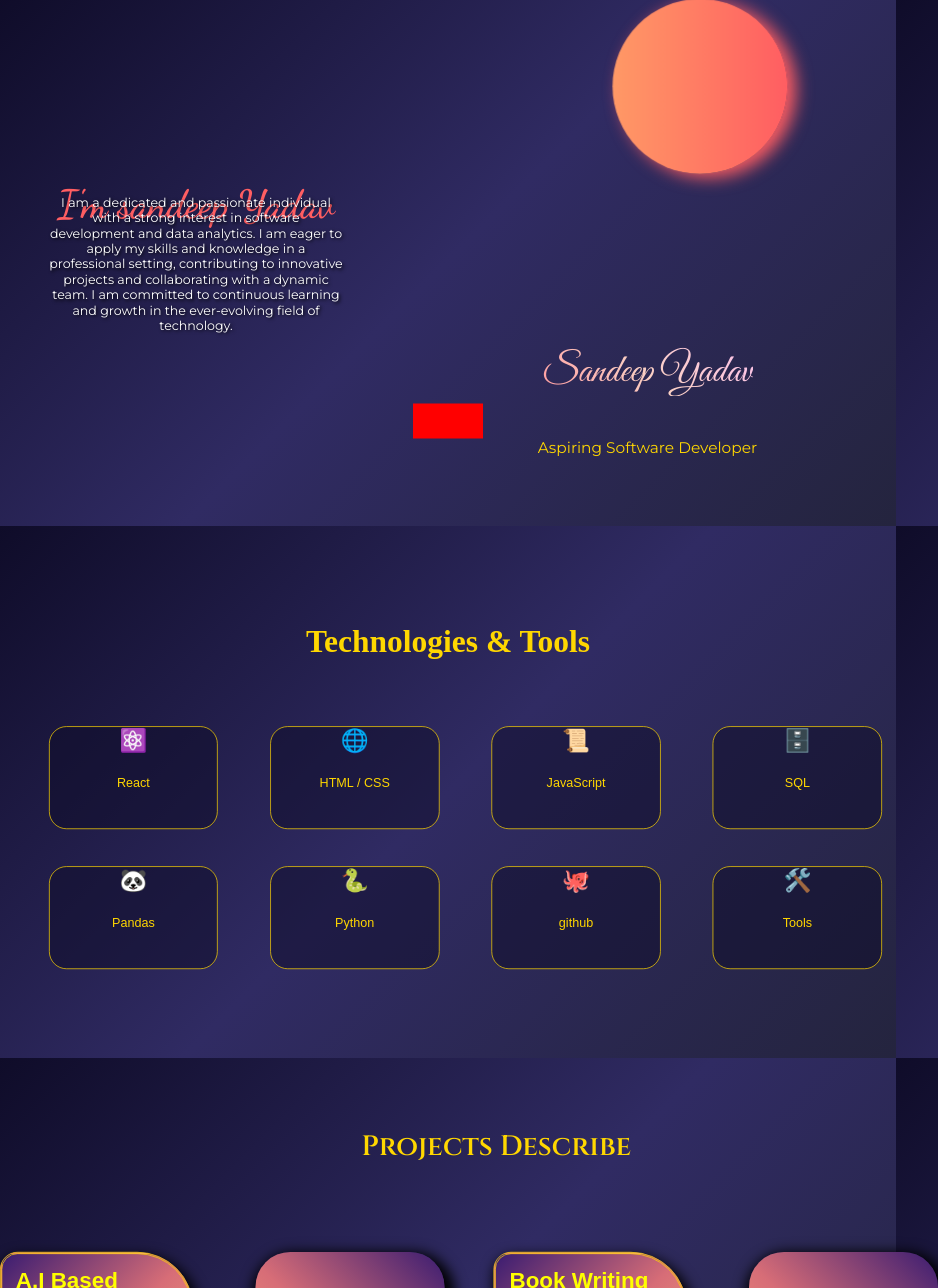
Repository: SandeepYadav18717/Sandeep_portfolio
Page: /
An editor plug-in stored every save of this project. The page is shown before and after a run of saves, followed by the edit.
The browser window is 1280 px wide. The page is 1340 px wide, so the pictures cover 1340 px, including what lies to the right of the window. The pictures show the part of the page from y = 769 to 2609 px (the page is 3840 px tall before and 3688 px after), at 70% of full size.
The project was rebuilt for these pictures with package versions that can differ from the ones it lists, and the page was loaded fresh each time. Also part of the build but not shown: vite.config.js, src/index.css.

Above is the page before, as saved 2025-09-02 02:11:30.

### index.html
<<<<<<< HEAD
 <!DOCTYPE html>
<html lang="en">
<head>
    <meta charset="UTF-8">
    <meta name="viewport" content="width=device-width, initial-scale=1.0">
    <title>Portfolio - Sandeep Yadav</title>
    <style>
        body {
            margin: 0;
            font-family: 'Arial', sans-serif;
            background-color: #ffffff;
            color: #333333;
            height: 100vh;
            display: flex;
            flex-direction: column;
            justify-content: space-between;
        }

        .container {
            max-width: 1200px;
            margin: 0 auto;
            padding: 20px;
            flex: 1;
        }

        .navbar {
            display: flex;
            justify-content: space-between;
            align-items: center;
            padding: 20px;
            background-color: #f8f8f8;
            box-shadow: 0 4px 8px rgba(0, 0, 0, 0.1);
            animation: slideIn 1s ease-out;
        }

        .navbar ul {
            list-style: none;
            display: flex;
            gap: 20px;
        }

        .navbar ul li {
            display: inline;
        }

        .navbar ul li a {
            color: #333333;
            text-decoration: none;
            font-weight: bold;
            transition: color 0.3s;
        }

        .navbar ul li a:hover {
            color: #007bff;
        }

        .hero {
            text-align: center;
            padding: 100px 20px;
            background: linear-gradient(135deg, #f8f8f8, #ffffff);
            animation: fadeIn 2s ease-in-out;
            flex: 1;
        }

        .hero h1 {
            font-size: 3em;
            margin: 0;
            color: #007bff;
            animation: bounceIn 1.5s ease-in-out;
        }

        .hero p {
            font-size: 1.2em;
            margin: 20px 0;
            color: #333333;
            animation: fadeIn 2s ease-in-out;
        }

        .hero a {
            display: inline-block;
            padding: 10px 20px;
            color: #ffffff;
            background-color: #007bff;
            text-decoration: none;
            border-radius: 5px;
            transition: background-color 0.3s;
            animation: fadeIn 2s ease-in-out;
        }

        .hero a:hover {
            background-color: #0056b3;
        }

        .footer {
            text-align: center;
            padding: 20px;
            background-color: #f8f8f8;
            animation: slideIn 1s ease-out;
        }

        .footer a {
            color: #007bff;
            text-decoration: none;
        }

        @keyframes slideIn {
            from {
                transform: translateY(-100%);
                opacity: 0;
            }
            to {
                transform: translateY(0);
                opacity: 1;
            }
        }

        @keyframes fadeIn {
            from {
                opacity: 0;
            }
            to {
                opacity: 1;
            }
        }

        @keyframes bounceIn {
            0%, 20%, 40%, 60%, 80%, 100% {
                transform: translateY(0);
            }
            50% {
                transform: translateY(-20px);
            }
        }
    </style>
</head>
<body>
    <div class="container">
        <nav class="navbar">
            <div class="logo">
                <h1>Portfolio</h1>
            </div>
            <ul>
                <li><a href="index.html">Home</a></li>
                <li><a href="about sandeep.html">About</a></li>
                <li><a href="Sandeep port experience.html">Skills</a></li>
                <li><a href="Sandeep port certifications.html">Certificates</a></li>
            </ul>
        </nav>

        <section class="hero" id="home">
            <h1>Hello! I Am Sandeep Yadav</h1>
            <p>Welcome to my portfolio. Explore my work and skills.</p>

        </section>

        <footer class="footer">
            <p>Connect with me on <a href="https://instagram.com/sandeepyadav782707?utm_source=qr&igshid=ZDc4ODBmNjlmNQ%3D%3D">Instagram</a> and <a href="https://www.linkedin.com/in/sandeep-yadav-0b6357210">LinkedIn</a></p>
        </footer>
    </div>
</body>
</html>
=======
<!doctype html>
<html lang="en">
  <head>
    <meta charset="UTF-8" />
    <link rel="icon" type="image/svg+xml" href="/vite.svg" />
    <meta name="viewport" content="width=device-width, initial-scale=1.0" />
    <title>Vite + React</title>
  </head>
  <body>
    <div id="root"></div>
    <script type="module" src="/src/main.jsx"></script>
  </body>
</html>
>>>>>>> 4fd1c6c (Initial upload of React portfolio project)

### src/App.jsx
import { useEffect } from "react";
import Navbar from "./navbar/Navbar";
import Index from "./Pages/Index";
import Skills from "./Pages/Skills";
import Cards from "./Cards/Cards";
import Contact from "./Contact/contact";
import "./App.css";

function App() {
  useEffect(() => {
    const observer = new IntersectionObserver(
      (entries) => {
        entries.forEach((entry) => {
          if (entry.isIntersecting) {
            entry.target.classList.add("visible");
          } else {
            entry.target.classList.remove("visible");
          }
        });
      },
      { threshold: 0.2 } // 20% section visible hote hi trigger
    );

    document.querySelectorAll(".section").forEach((sec) => {
      observer.observe(sec);
    });

    return () => observer.disconnect();
  }, []);

  return (
    <>
      <Navbar />
      <section id="home" className="section"><Index /></section>
      <section id="skills" className="section"><Skills /></section>
      <section id="projects" className="section"><Cards /></section>
      <section id="contact" className="section"><Contact /></section>
    </>
  );
}

export default App;

### src/Navbar/Navbar.jsx
import "./Navabr.css";



import { useState,useEffect } from 'react'
function Navbar() {
  const [loaded, setLoaded] = useState(false);

  useEffect(() => {
    // Trigger animation when component mounts
    setLoaded(true);
  }, []);
  function About(){
    location.href = 'Home.jsx';
    console.log("clickedded");
  }
  function Project(){
    location.href = 'Cards.jsx';
    console.log("clicked");
  }

    return (
        <div id="container">
       <a href="#home" className="nav-item">Home</a>
        <a href="#skills" className="nav-item">Skills</a>
        <a href="#projects" className="nav-item">Projects</a>
        <a href="#contact" className="nav-item">Contact</a>
        </div>
    )
}

export default Navbar;

### src/Pages/Index.jsx

import "./Home.css";

function Home() {
  return (
    <>

     <div id="detail">
     <div id="overlay">I'm sandeep Yadav</div>
     <div id="bg-Photo"></div>
     <div id="intro">

          I am a dedicated and passionate individual with a strong interest in
          software development and data analytics. I am eager to apply my skills
          and knowledge in a professional setting, contributing to innovative
          projects and collaborating with a dynamic team. I am committed to
          continuous learning and growth in the ever-evolving field of
          technology.

        </div>


   <div id="name">
          Sandeep Yadav
        </div>
        <div id="Linkdin"></div>
   <div id="role">
          Aspiring Software Developer
        </div>

     </div>
     <br/><br/><br/><br/><br/>
    </>
  );
}

export default Home;

### src/Pages/Skills.jsx
import { Card } from "../Cards/Cards"
import "./Skills.css"


function Skills() {
  return (
    <>
      <h1> Technologies & Tools</h1>
      <div id="card-skill">
        <Card
          className="card-skill-1"
          title={<h3>⚛️</h3>}
          description="React"
        />
        <Card
          className="card-skill-2"
          title={<h3>🌐</h3>}
          description="HTML / CSS"
        />
        <Card
          className="card-skill-3"
          title={<h3>📜</h3>}
          description="JavaScript"
        />
        <Card
          className="card-skill-4"
          title={<h3>🗄️</h3>}
          description="SQL"
        />
      </div>

      {/* another div line 2 */}
      <div id="card-skill">
        <Card
          className="card-skill-1"
          title={<h3>🐼</h3>}
          description="Pandas"
        />
        <Card
          className="card-skill-2"
          title={<h3>🐍</h3>}
          description="Python"
        />
        <Card
          className="card-skill-3"
          title={<h3>🐙</h3>}
          description="github"
        />
        <Card
          className="card-skill-4"
          title={<h3>🛠️</h3>}
          description="Tools"
        />
      </div>
    </>
  )
}

export default Skills;

### src/Cards/Cards.jsx
import "./Card.css";

function Card(props) {
  return (
    <div className={props.className}>
       {/* //<div className="card-1"> </div> */}
      <div className={props.backClass}>
        {/* //<div className="Back"> </div> */}
        <h3>{props.title}{props.icon}</h3>
          {/* title="Machine Learning Project" */}
        <p>{props.description}</p>
      </div>
    </div>
  );
}

function Cards() {
  return (
    <div>
    <text

        style={{

          color: "#FFD700",
        fontFamily: 'Cinzel',
          textAlign: "center",
          fontSize: "40px",
          marginTop: "25%",
          marginLeft:"40%"
        }}
      >
        Projects Describe
      </text>

      <div id="card-contain">
        {/* Card-1 */}
        <Card
        className="card-1"
        backClass="Back"
        title="A.I Based Project"
        description="Developed a back-end system using Python and pandas to automatically send
          tailored mass emails to more than 1000 recipients. Developed a user-friendly
          front-end   , CSS, and JavaScript, enabling users to upload
          files and extract over 100 email addresses. Successfully implemented logic to
          dynamically populate email templates, reducing 20% manual effort."
        />

        {/* Card-2 */}
        <Card
          className="card-2"
          backClass="Back-X"
          title="Machine Learning Based"
          description="Created a Supervised Learning model for Behavioral Pattern Recognition to
          effectively arrange and distribute time for more than 15 user tasks. 10% more
          user productivity and time savings were achieved through suggested performance
          enhancements and intelligent time allocation using HTML, CSS, JavaScript, and ML."
        />

        {/* Card-3 */}
        <Card
          className="card-3"
          backClass="Back"
          title="Book Writing Project"
          description="Co-authoring a technical book on Machine Learning (ML) concepts and applications with 1+ one or more faculty members.
 Using real-world examples in Python, I have written and organized more than 5 chapters on the basics of supervised learning techniques, such as linear regression.
"
        />

        {/* Card-4 */}
        <Card
          className="card-4"
          backClass="Back-X"
          title="Behavioral Pattern Recognition"
          description="Created a Supervised Learning model for Behavioral Pattern Recognition to
          effectively..."
        />
      </div>
    </div>
  );
}
export { Card };
export default Cards;

### src/Contact/contact.jsx
import { useState } from "react";
import "./contact.css";

function Contact() {
  const [name, setName] = useState("");
  const [Email, setEmail] = useState("");
  const [phone, setPhone] = useState("");
  function on(event){
    setName(event.target.value)

  }
   function email(event){
    setEmail(event.target.value)

  }
   function Phone(event){
    setPhone(event.target.value)

  }


  return (
    <>
    <div id="heading">Get in <span style={{color:"gold"}}>Touch</span> With Us
</div>
<br />
<div id="value">
      <input
        type="text"
        onChange={on}

        placeholder="Enter your name"
        className="input-box"
      /><br />
      {name}

      <br />

      <input
      className="input-box"
        type="email"
        onChange={email}
        placeholder="Enter your Email"
      /><br />
     Email is: {Email}
<br />
       <input
       className="input-box"
        type="Phone"
        onChange={Phone}

        placeholder="Enter your Phone number"
      />
      <br />
      Mobile No:{phone}
      <br />
    <br />

  <button >submit</button>
    </div>
    </>
  );
}


export default Contact;

### src/App.css
html { scroll-behavior: smooth; }

.section {
  min-height: 100vh;
  opacity: 0;
  transform: translateY(80px);
  transition: all 1.2s ease-in-out;
  transition-delay: 0.3s;
}

.section.visible {
  opacity: 1;
  transform: translateY(0);
}

### src/Navbar/Navabr.css
@import url('https://fonts.googleapis.com/css2?family=Press+Start+2P&display=swap');
html {
  scroll-behavior: smooth;
}
#container {
    height: 70px;
    width: 100%;
    display: flex;
    justify-content: space-evenly;
    align-items: center;
    font-family: 'Press Start 2P', cursive;
    color: #4e3940;
    background-color: transparent;
    transition: all 0.2s ease-in-out;
}
#container

.nav-item {
    padding: 10px 25px;
    border-radius: 10px;


    transition: all 0.4s ease;
}

#container .nav-item:hover {
    text-shadow: 2px 2px 5px whitesmoke;
    box-shadow: 0 10px 20px rgba(0,0,0,0.5);
    transform: translateY(-10px) scale(1.1);
    background-color:  #4e3940;
    color: whitesmoke;
    cursor: pointer;
}

body{
    background: linear-gradient(135deg,black);
    height: 100vh;
}

### src/Pages/Home.css
@import url('https://fonts.googleapis.com/css2?family=Great+Vibes&display=swap');
@import url("https://fonts.googleapis.com/css2?family=Dancing+Script:wght@600&display=swap");

#detail {
  position: relative;
  margin-top: 0%;
  height: auto;
  padding: 50px;
  display: flex;
  flex-direction: column;
  align-items: center;
}

#bg-Photo {
  height: 250px;
  width: 250px;
  background: linear-gradient(to right, #ff9966, #ff5e62);
  border-radius: 50%;
  margin-bottom: 30px;
  margin-left: 100vh;
  box-shadow: 12px 5px 25px #ff5e62;
  animation: photoSlide 1.5s ease forwards;
}

@keyframes photoSlide {
  from {
    transform: translateY(-200%);
    opacity: 0;
  }
  to {
    transform: translateY(0);
    opacity: 1;
  }
}


#name {
  font-family: 'Montserrat', sans-serif;
  font-size: 30px;
  color: white;
  margin-bottom: 10px;
  margin-left: 50%;
  animation: nameSlide 1.5s ease forwards;
}

@keyframes nameSlide {
  from {
    transform: translateX(-100%);
    opacity: 0;
  }
  to {
    transform: translateX(0);
    opacity: 1;
  }
}


#role {
  font-family: 'Montserrat', sans-serif;
  font-size: 22px;
  color: #ffd700;
  margin-bottom: 20px;
  animation: roleSlide 1.5s ease forwards;
  margin-left: 50%;
}

@keyframes roleSlide {
  from {
    transform: translateX(100%);
    opacity: 0;
  }
  to {
    transform: translateX(0);
    opacity: 1;
  }
}


#intro {
  font-family: 'Montserrat', sans-serif;
  font-size: 18px;
  color: white;
  text-align: center;
  margin-right: 100vh;
  max-width: 100vh;
  text-shadow: 2px 2px 5px black;
  animation: introSlide 2s ease forwards;
  opacity: 0;
}

@keyframes introSlide {
  from {
    transform: translateY(200%);
    opacity: 0;
  }
  to {
    transform: translateY(0);
    opacity: 1;
  }
}
#overlay {
  position: absolute;
  color:  #ff5e62;
  top: 40%;
  left: 5%;
  font-size: 400%;
  height: 100%;
}

#name {
  font-family: 'Great Vibes', cursive;
  font-size: 3.5rem;
  text-align: center;
  margin-top: 20px;


  background: linear-gradient(45deg, #ff9a9e, #fad0c4, #fbc2eb);
  background-clip: text;
  -webkit-text-fill-color: transparent;
}
#overlay{
   font-family:  'Dancing Script', cursive;
  font-size: 3.5rem;
  text-align: center;


}
#Linkdin{
  height:50px;
  width:100px;
  background-color: red;

}

### src/Pages/Skills.css
@import url("https://fonts.googleapis.com/css2?family=Monoton&display=swap");

html {
  scroll-behavior: smooth;
}
h1 {
  text-align: center;
  color: gold;

  margin-top: 20px;
  font-size: 250%;
  margin-top: 5%;
  font-family: 'Bebas Neue';
}
#card-skill {
  height: 200px;
  display: flex;

  align-items: center;
  gap:2%;
  border-radius: 20px;
  color: white;
  width:100%




}
.card-skill-1,.card-skill-2,.card-skill-3,.card-skill-4{
    background-color:  rgba(15, 12, 41, 0.7);
    border: 1px solid gold;
    height:145px;
    width:250px;
    background: rgba(15, 12, 41, 0.5);
    border-radius: 25px;
    margin-left: 4%;
    margin-top: 5%;
    text-align: center;
    color: #ffd700


 ;


}
.card-skill-1:hover,.card-skill-2:hover,.card-skill-3:hover,.card-skill-4:hover,.card-skill.h3:hover{
    border-color: #ffd700;
    box-shadow: 10px 15px 15px rgba(255, 215, 0, 0.2),  0 2.5px 5px crimson;
    transform: scale(1.3);
    border:2px, double ,gold;

}
.card-skill.h3 {
  color: yellow;
  background: transparent;
  display: inline-block;
  font-size: 20px;
  transition: transform 0.3s ease, color 0.3s ease;
  height: 35px;
  width:250px;
}

### src/Cards/Card.css
@import url('https://fonts.googleapis.com/css2?family=Montserrat:wght@400;700&display=swap');
@import url('https://fonts.googleapis.com/css2?family=Cinzel:wght@600&display=swap');

.aesthetic-heading {
  font-family: 'Cinzel', serif;
  font-size: 65px;
  letter-spacing: 4px;
  color: #e0c097;
  text-align: center;
  margin-top: 50px;
  text-shadow: 2px 2px 15px rgba(224, 192, 151, 0.6);
}

#card-contain{
    display: flex;

    height:250px;
    margin-top: 10%;
    justify-content: center;
    border-radius: 25px;
    gap:4%



}


.Back {
  background: linear-gradient(135deg, #3a1c71, #d76d77, #ffaf7b);
  height: 250px;
  width: 250px;
  border-radius: 25px 80px 25px  80px;
  border: 3px double gold;
   margin-left: 0px;
   padding-left: 20px;
   padding-top: 20px;
  transition: transform 0s ease;
  box-shadow: 5px 10px 18px 5px black ;
  animation: card 1s ease-in-out 0s;

}
@keyframes card {
  0%{
    transform: scale(0.5);
    opacity: 0;


  }


  100%{
    transform: scale(1);
    opacity: 200;
  }

}

.Back:hover {
 transform: rotateY(180deg);
 height:400px;
 color: wheat;
  background: linear-gradient(135deg, #0f0c29, #302b63, #24243e);
  border: 3px solid gold;
  box-shadow: 5px 10px 18px  crimson;
  font-family:'Montserrat' ;
}

.Back-X {
  background: linear-gradient(-135deg, #3a1c71, #d76d77, #ffaf7b);
  height: 250px;
  width: 250px;
  padding-left: 20px;
  padding-top: 50px;
  border-radius: 50px;
   margin-left: 0px;
  transition: transform 0s ease;
  box-shadow: 5px 10px 18px 10px black;


}
.Back-X:hover {
  transform: rotateX(180deg);
 height:400px;
 padding-top: 20px;
 color: wheat;
  background: linear-gradient(135deg, #0f0c29, #302b63, #24243e);
  border: 3px solid gold;
  box-shadow: 5px 10px 18px  crimson;
  font-family:'Montserrat' ;



}

.card-1,.card-3  {
  border-radius: 25px;
  height: 250px;
   margin-left: 40px;
  color: transparent;
  transition: transform 1s ease;


}
.card-1:hover {
  transform: rotateY(180deg);


}


.card-2,.card-4 {

  height: 450px;
  width: 250px;
  border-radius: 25px;
   margin-left: 40px;
  transition: transform 1s ease;
  color: transparent;

}

.card-2:hover {
  transform: rotatex(180deg);

}


.card-3:hover {
  transform: rotateY(180deg);
   color: wheat;
}

.card-4:hover {
  transform: rotateX(180deg);

}
body{
 background: linear-gradient(135deg, #0f0c29, #302b63, #24243e);
            color: #f8f8f8;
            min-height: 100vh;
            padding: 20px;
}
h3{
  color: yellow;
  font-size: xx-large;
  margin-top:0% ;
}
h3:hover{
  color: yellow;

  margin-top:0% ;
}
p{
  margin-top: 0%;
}

### src/Contact/contact.css
html {
  scroll-behavior: smooth;
}

body{
    background-color: azure;
    color: aqua;
    font-size: large;
}
.input-box {
             display: inline-flex;
            align-items: center;
            gap: 15px;
            margin-top: 2%;
            padding: 18px 40px;
            background: linear-gradient(135deg, var(--gold) 0%, #B8860B 100%);
            color: var(--dark);
            border: none;
            font-weight: 600;
            border-radius: 2px;
            transition: var(--transition);
            box-shadow: 0 10px 30px rgba(212, 175, 55, 0.3);
            cursor: pointer;



}
@keyframes input {
   25% {
    transform: translateY(-1225px);
  }
  50% {
    transform: translateZ(100px) translateY(100px);
  }
  75% {
    transform: translateZ(1225px);
  }
}


.input-box:focus {
  border-color: #007bff;
  box-shadow: -4px 15px 25px rgba(240, 241, 243, 0.5);
  width: 500px;

}
button{
    display: inline-flex;
            align-items: center;

            gap: 15px;
            padding: 18px 40px;
            background: linear-gradient(to right, #ff9966, #ff5e62);
            color: Gold;
            border: yellow;
            font-weight: 600;
            border-radius: 2px;
            transition: var(--transition);
            box-shadow: 0 10px 30px rgba(212, 175, 55, 0.3);
            cursor: pointer;
}
button:hover{
     transform: translateY(-3px);
            box-shadow: 0 15px 40px rgba(212, 175, 55, 0.4);
}
#heading{
    font-size: xxx-large;
    color:  #f9dcdc;
    text-shadow: 1px 1px 4px  gold;
    text-align: center;
}

Loaded but not shown: src/main.jsx (common file)

After the next 5 saves:
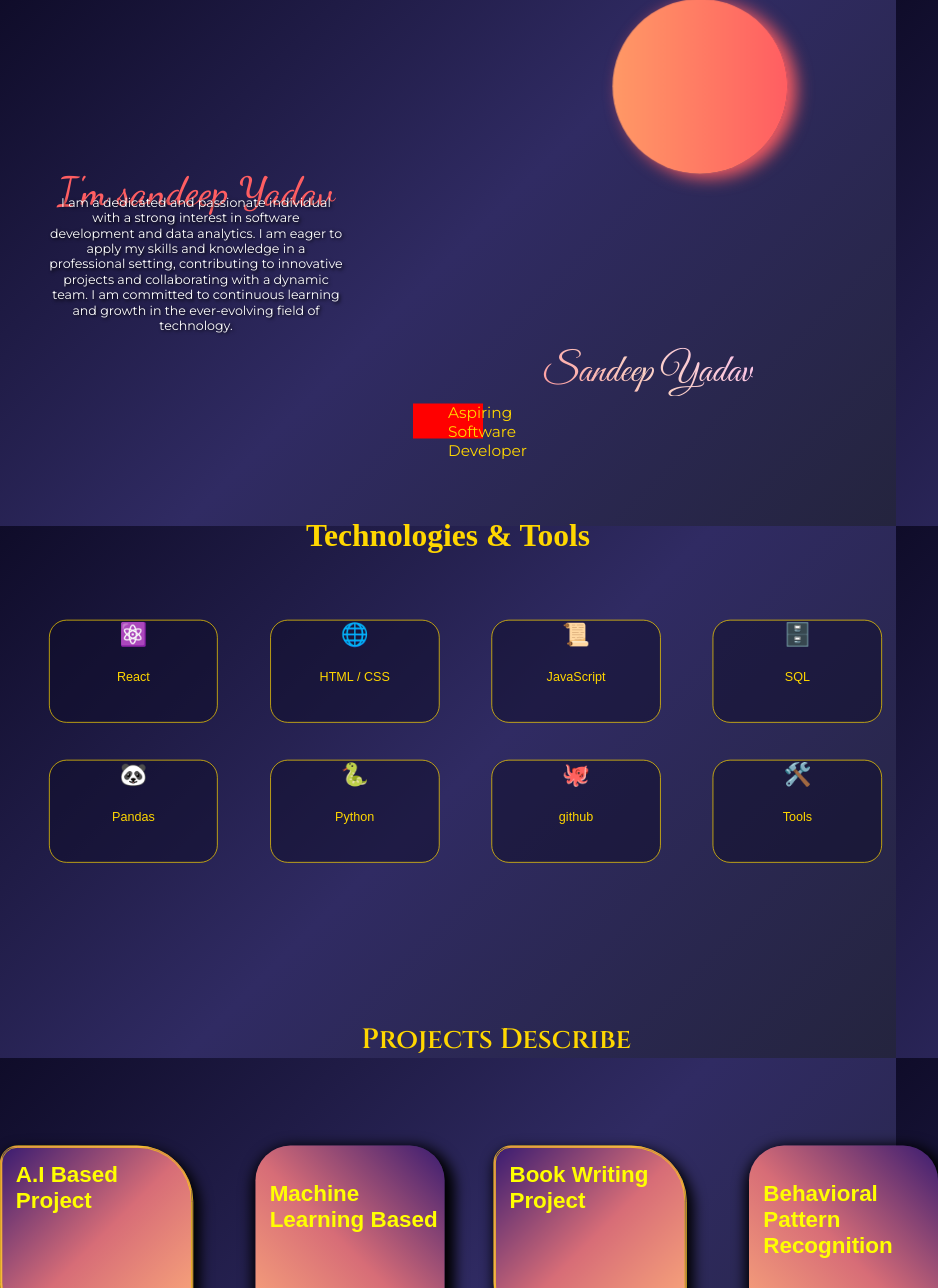
The 5 saves are shown as one change because 2 did not build or start and some came seconds apart.
The last was saved 26 s later.
--- a/src/Pages/Index.jsx
+++ b/src/Pages/Index.jsx
@@ -23,13 +23,13 @@ function Home() {
    <div id="name">
           Sandeep Yadav
         </div>
-        <div id="Linkdin"></div>
+        <div id="Linkdin">
    <div id="role">
           Aspiring Software Developer
         </div>
 
-     </div>
-     <br/><br/><br/><br/><br/>
+     </div></div>
+
     </>
   );
 }
